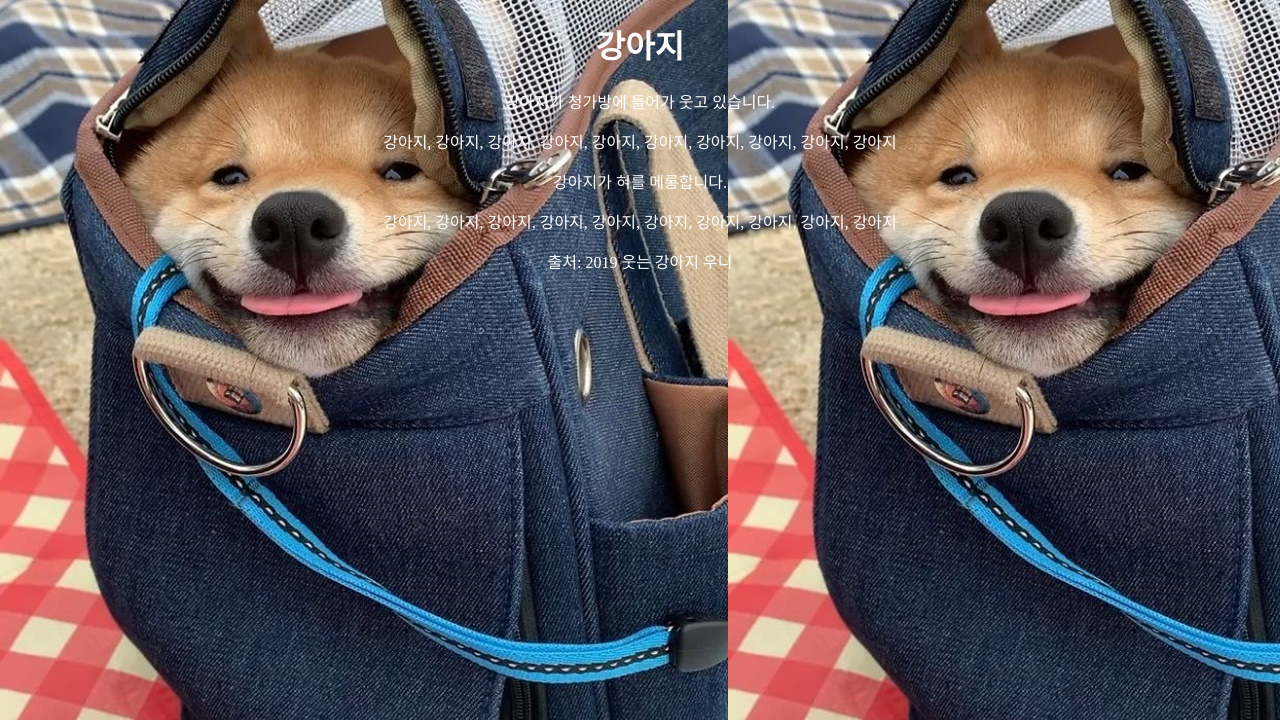
Repository: heoSuKyeong/client_Ssanyong
Page: ClientTest/src/main/webapp/html/q001.html
The author's editor kept a copy of each file at every save. The page is drawn from the files as they stood at one save, then again after the next save.
The browser window is 1280 px wide. The pictures show the whole page.

Above is the page before, as saved 2023-09-20 02:44:08.

After the next save:
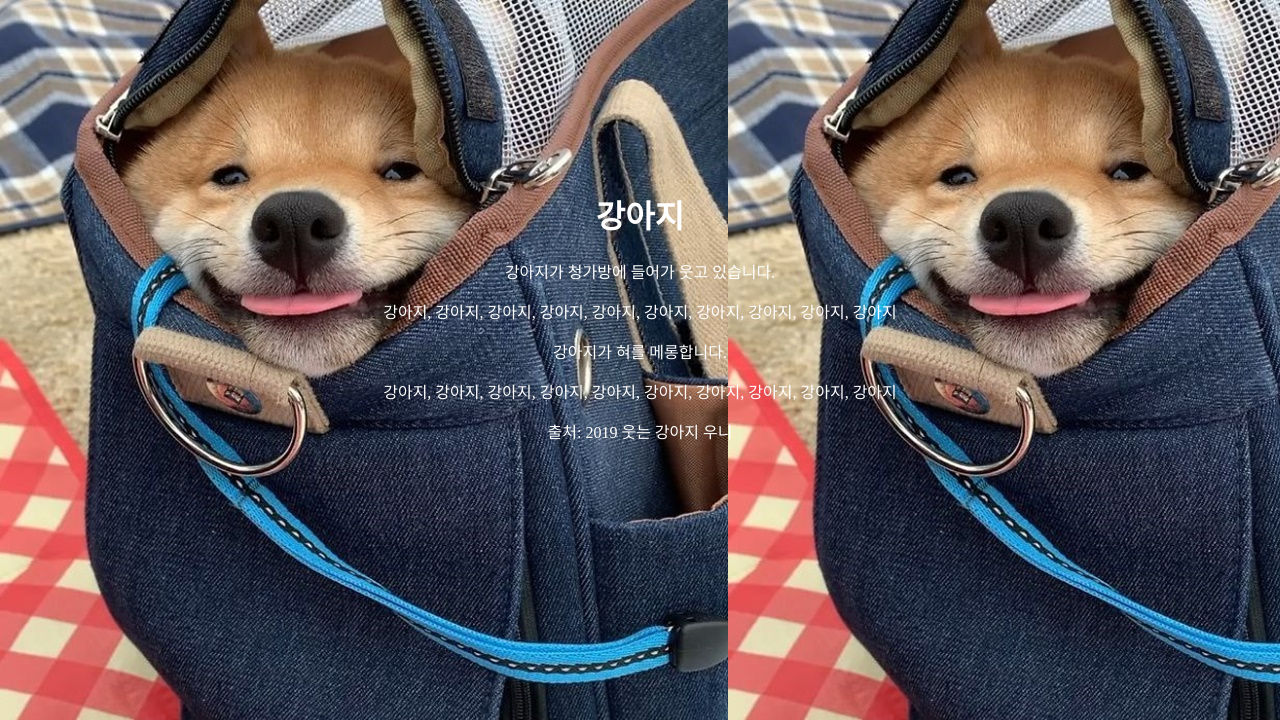
Saved 94 s later.
--- a/ClientTest/src/main/webapp/html/q001.html
+++ b/ClientTest/src/main/webapp/html/q001.html
@@ -5,6 +5,7 @@
 <title>q1</title>
 </head>
 <body background="images/dog2.jpg">
+	<br><br><br><br><br><br><br><br><br>
 	<h1 align="center" vertical-align:bottom>
 		<font color="#FFFFFF">강아지</font>
 	</h1>
